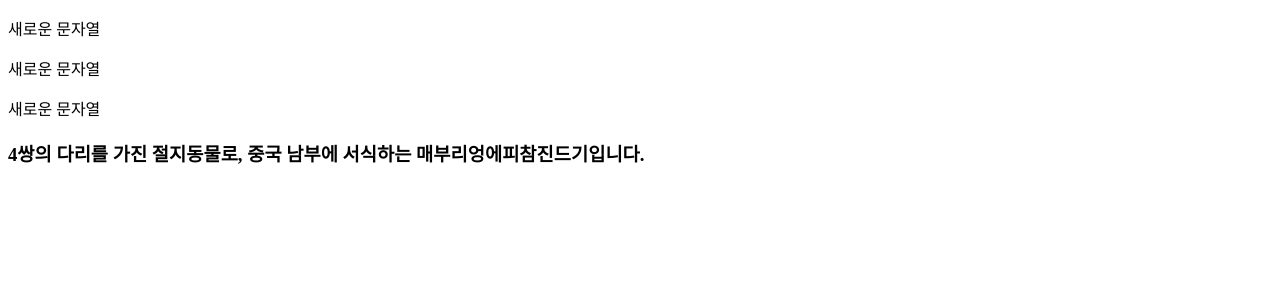
Repository: suhong99/JqueryLecture
Page: sample01/src/main/webapp/index.html
An editor plug-in stored every save of this project. The page is shown before and after the next save, followed by the edit.
The browser window is 1280 px wide. The pictures show the whole page.

Above is the page before, as saved 2023-06-26 01:44:31.

### sample01/src/main/webapp/index.html
<!DOCTYPE html>
<html>
<head>
<meta charset="UTF-8">
<title>Insert title here</title>
<!--  <script src="https://ajax.googleapis.com/ajax/libs/jquery/3.6.4/jquery.min.js"> </script> -->
<!--     <script src="./jquery.min.js"></script>
 -->
   <script src="https://code.jquery.com/jquery-3.6.4.min.js"></script>

</head>
<body>
<!--
		Jquery : Java script 경량화, 간략화
					Ajax (비동기 통신) == xhttp

		Jquery-UI
		document.getElementById(아이디)

		DOM(Document Object Model) - Javascript
		document.getElementById(아이디).innerHTML.value

		$(tag 또는 id 또는 class 또는 name).핸들러함수(매개변수)
										.load()


-->

<p>소나무와 푸른 바다가 넘실대는 서해 대청도입니다. </p>
<p id="demo">많은 철새가 대청도를 거쳐 남북을 오고 갑니다. </p>
<p class ="cls">서울대 연구진은 지난해 4월 이곳을 찾은 철새인 촉새에 달라붙은 외래종 생물을 발견했습니다.</p>
<h3 class='cls'>4쌍의 다리를 가진 절지동물로, 중국 남부에 서식하는 매부리엉에피참진드기입니다.</h3>

<script type="text/javascript">
/* 	let arrPtag= document.getElementsByTagName("p");
	for(i=0;i<arrPtag.length;i++){
		arrPtag[i].innerHTML = "새로운 문자열";
	}
 */
 $("p").html("새로운 문자열");
 $(document).ready(function(){

 });
</script>
</body>
</html>

After the next save:
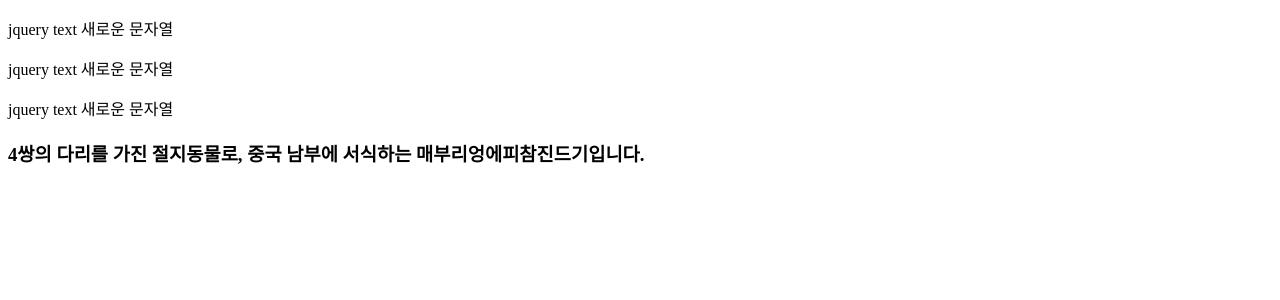
Saved 3 min 56 s later.
--- a/sample01/src/main/webapp/index.html
+++ b/sample01/src/main/webapp/index.html
@@ -37,9 +37,9 @@
 		arrPtag[i].innerHTML = "새로운 문자열";
 	}
  */
- $("p").html("새로운 문자열");
+/*  $("p").html("새로운 문자열"); */
  $(document).ready(function(){
-
+	 $("p").text("jquery text 새로운 문자열"); /* == innerText  */
  });
 </script>
 </body>
